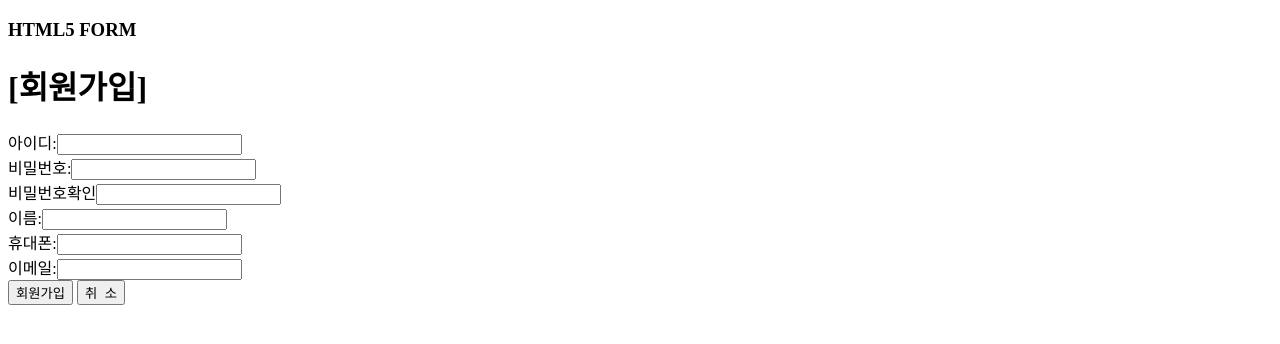
Repository: helloJunejun/WorkSpace_WebUi
Page: 0.3html5_form/src/main/webapp/sample_html5-1.html
These files come from the project's save history. The page is drawn as it stood at one moment and after the next save; the edit follows.
The browser window is 1280 px wide. The pictures show the whole page.

Above is the page before, as saved 2021-06-24 05:36:04.

After the next save:
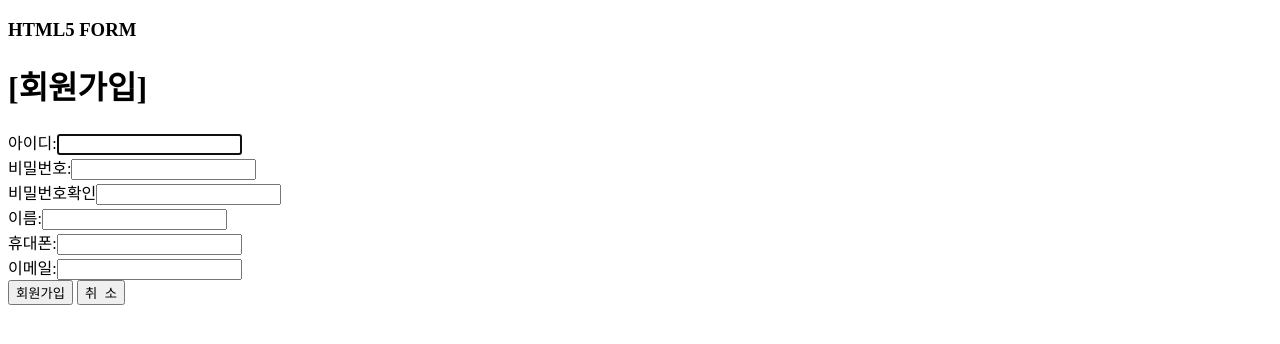
Saved 48 s later.
--- a/0.3html5_form/src/main/webapp/sample_html5-1.html
+++ b/0.3html5_form/src/main/webapp/sample_html5-1.html
@@ -9,7 +9,7 @@
 <form action="" method="get">
 <h1>[회원가입]</h1>
 	<form action="result.html" method="post">
-		아이디:<input type="text" name="memberId"><br>
+		아이디:<input type="text" name="memberId" autofocus="autofocus"><br>
 		비밀번호:<input type="password" name="memberPw"><br>
 		비밀번호확인<input type="password" name="memberPw"><br>
 		이름:<input type="text" name="name"><br>
